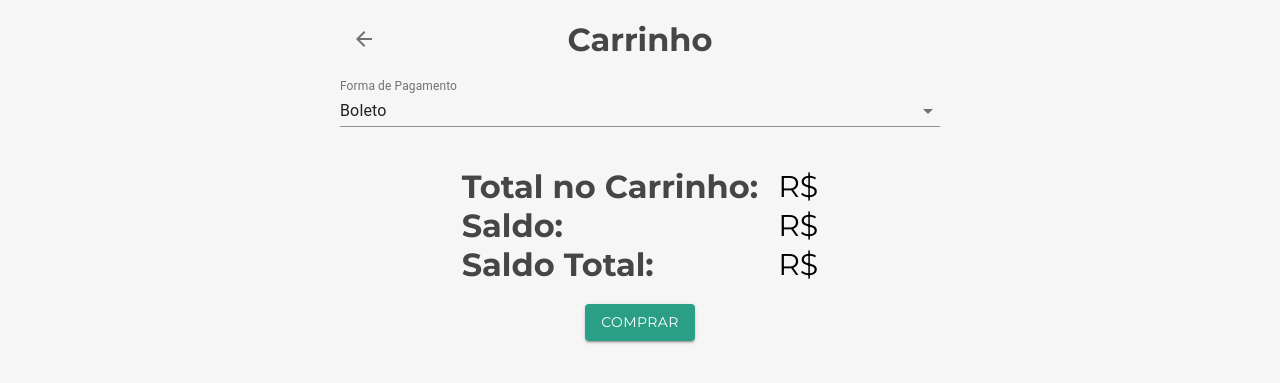
Repository: 2001mariana/react-context
Page: /carrinho
The author's editor kept a copy of each file at every save. The page is drawn from the files as they stood at one save, then again after the next save.
The browser window is 1280 px wide. The pictures show the whole page.
The project was rebuilt for these pictures with package versions that can differ from the ones it lists, and the page was loaded fresh each time. Also part of the build but not shown: src/components/Produto/styles.js, src/components/Produto/index.js, src/pages/Feira/NavBar/styles.js, src/pages/Feira/NavBar/index.js, src/pages/Feira/styles.js, src/pages/Feira/index.js, src/pages/Login/styles.js, src/pages/Login/index.js.

Above is the page before, as saved 2022-11-30 11:55:58.

After the next save:
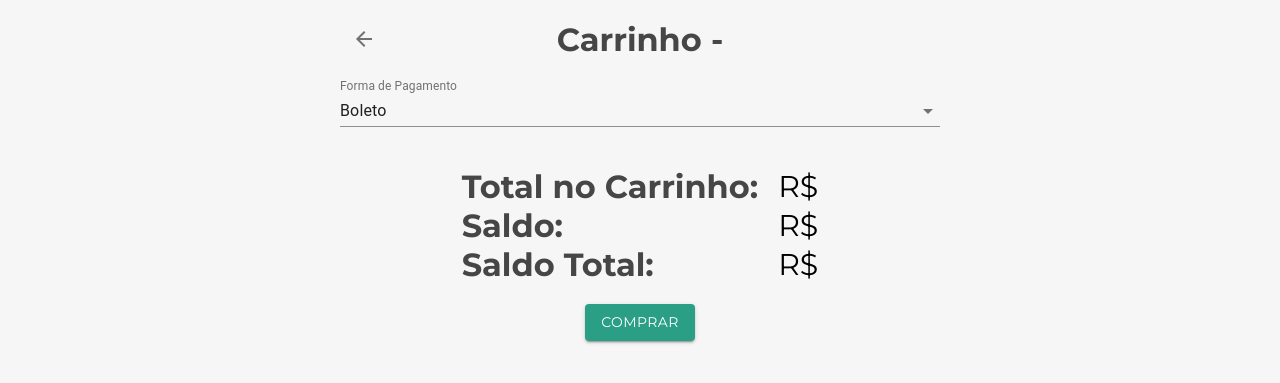
Saved 71 s later.
--- a/src/pages/Carrinho/index.js
+++ b/src/pages/Carrinho/index.js
@@ -19,7 +19,7 @@
     <Container>
       <Voltar onClick={() => history.goBack()}/>
       <h2>
-        Carrinho
+        Carrinho -
         {valorTotalCarrinho}
       </h2>
 

After the 3 saves that followed:
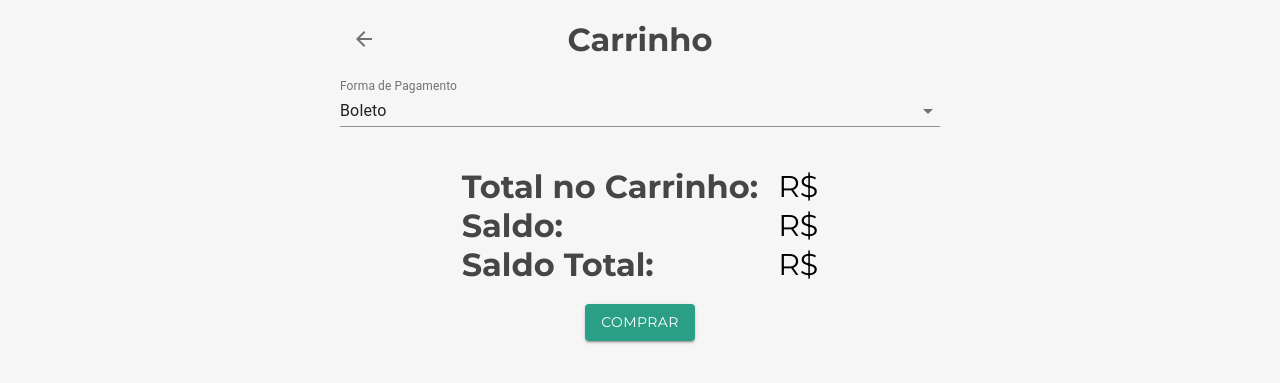
The 3 saves are shown as one change because 1 left the picture as it was and some came seconds apart.
The last was saved 42 s later.
--- a/src/pages/Carrinho/index.js
+++ b/src/pages/Carrinho/index.js
@@ -19,7 +19,7 @@
     <Container>
       <Voltar onClick={() => history.goBack()}/>
       <h2>
-        Carrinho -
+        Carrinho
         {valorTotalCarrinho}
       </h2>
 
